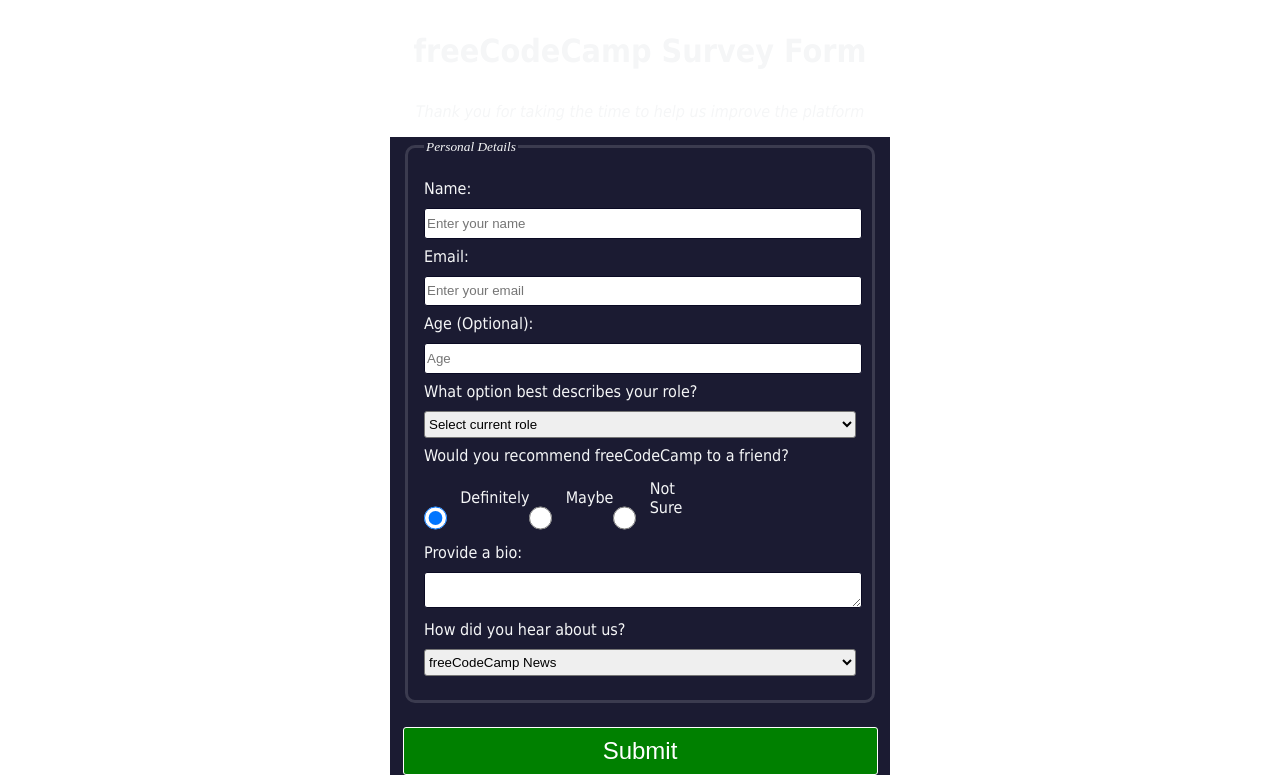
Repository: Lungdjos/survey_form_certification
Page: index.html
These files come from the project's save history. The page is drawn as it stood at one moment and after the next save; the edit follows.
The browser window is 1280 px wide. The pictures show the whole page.

Above is the page before, as saved 2023-09-30 23:12:22.

After the next save:
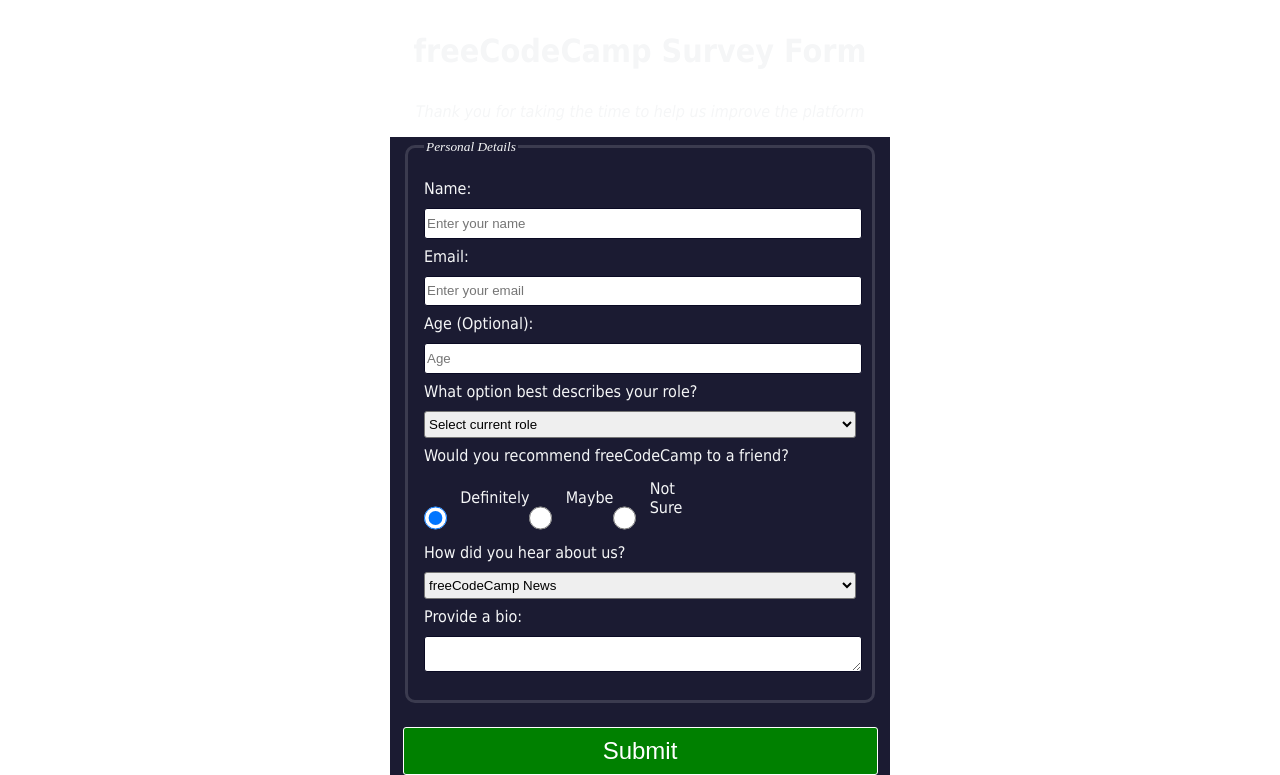
Saved 13 s later.
--- a/index.html
+++ b/index.html
@@ -36,10 +36,7 @@
                 </div>
 
             </label>
-            <label for="bio">Provide a bio:
-                <textarea name="biography" id="bio" cols="50" rows="2" placeholder="I like coding on the beach..." >
-                </textarea>
-            </label>
+
             <label for="referrer"> How did you hear about us?
                 <select name="referrer" id="referrer">
                     <option value="">(select one)</option>
@@ -50,7 +47,10 @@
                 </select>
             </label>
 
-
+            <label for="bio">Provide a bio:
+                <textarea name="biography" id="bio" cols="50" rows="2" placeholder="I like coding on the beach..." >
+                </textarea>
+            </label>
         </fieldset>
         <input type="submit" value="Submit" name="submit" id="submit-btn">
     </form>
